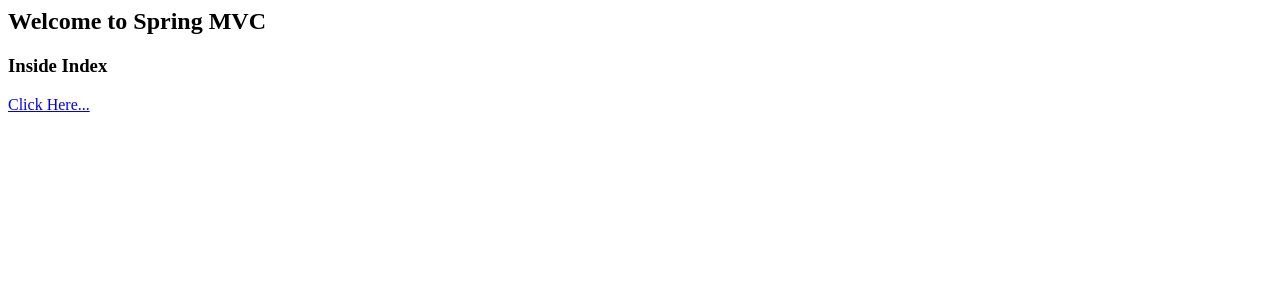
Repository: Hrithik25/Network-Labs
Page: http://localhost/mvcone/
The author's editor kept a copy of each file at every save. The page is drawn from the files as they stood at one save, then again after the next save.
The browser window is 1280 px wide. The pictures show the whole page.
The page is served by Tomcat 9. Other server files are loaded and not shown.

Above is the page before, as saved 2022-08-19 08:46:19.

### Lab Web/mvcone/src/main/webapp/index.jsp
<html>
<body>
<h2>Welcome to Spring MVC</h2>
<h3>Inside Index</h3>
<a href="hello">Click Here...</a>
</body>
</html>

After the next save:
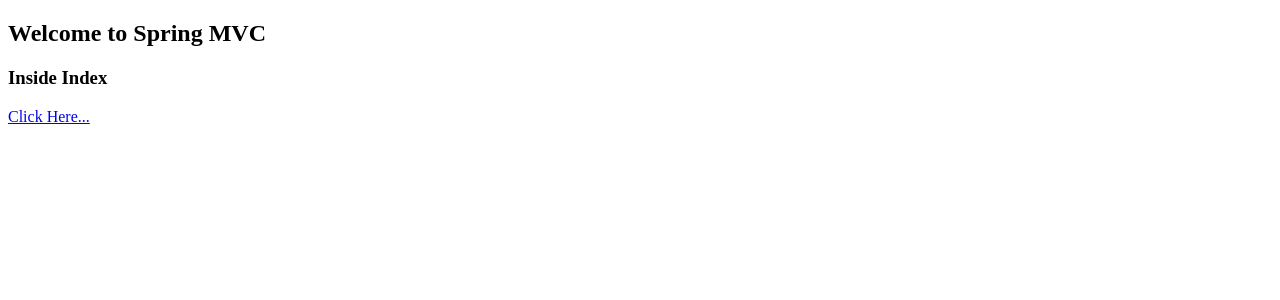
Saved 68 s later.
--- a/Lab Web/mvcone/src/main/webapp/index.jsp
+++ b/Lab Web/mvcone/src/main/webapp/index.jsp
@@ -1,7 +1,14 @@
+<%@ page language="java" contentType="text/html; charset=ISO-8859-1"
+	pageEncoding="ISO-8859-1"%>
+<!DOCTYPE html>
 <html>
+<head>
+<meta charset="ISO-8859-1">
+<title>Index</title>
+</head>
 <body>
-<h2>Welcome to Spring MVC</h2>
-<h3>Inside Index</h3>
-<a href="hello">Click Here...</a>
+	<h2>Welcome to Spring MVC</h2>
+	<h3>Inside Index</h3>
+	<a href="hello">Click Here...</a>
 </body>
 </html>
